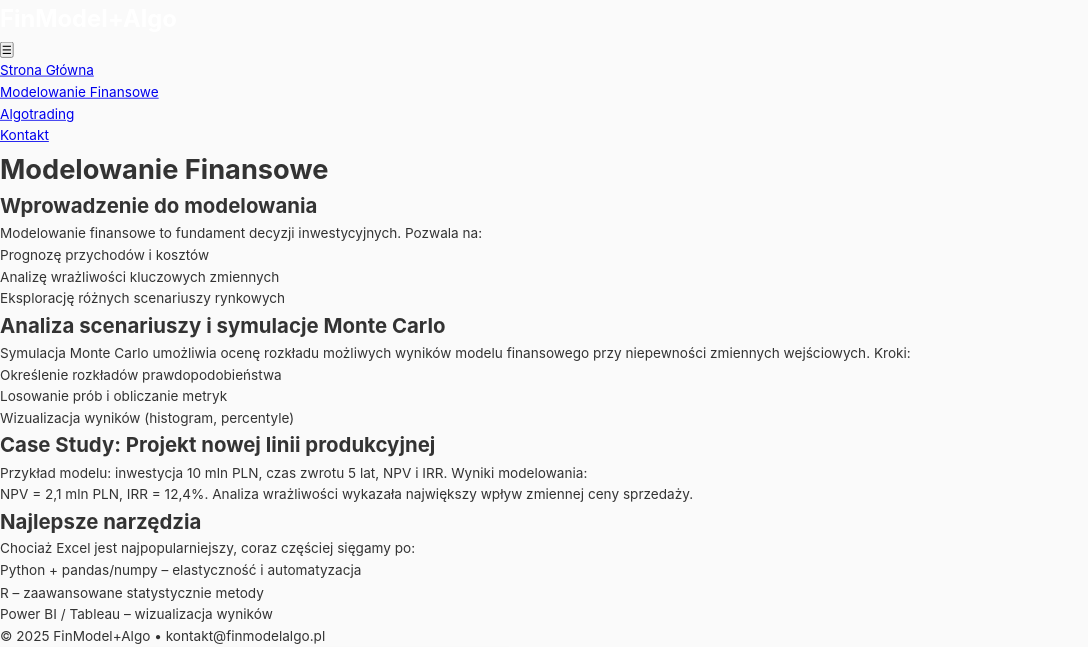
Repository: rafal-bedkowski/WebPageOptimization
Page: modelowanie.html
The author's editor kept a copy of each file at every save. The page is drawn from the files as they stood at one save, then again after the next save.
The browser window is 1280 px wide. The pictures show the whole page, at 85% of full size.

Above is the page before, as saved 2025-04-26 15:17:10.
Not found: script.js

### modelowanie.html
<!DOCTYPE html>
<html lang="pl">
  <head>
    <meta charset="UTF-8" />
    <meta name="viewport" content="width=device-width, initial-scale=1" />
    <title>Modelowanie Finansowe – FinModel+Algo</title>
    <link rel="stylesheet" href="style.css" />
    <script src="script.js" defer></script>
  </head>
  <body>
    <header class="site-header">
      <div class="logo">FinModel+Algo</div>
      <button class="menu-toggle" aria-label="Toggle navigation">☰</button>
      <nav class="site-nav">
        <ul>
          <li><a href="index.html">Strona Główna</a></li>
          <li>
            <a href="modelowanie.html" class="active">Modelowanie Finansowe</a>
          </li>
          <li><a href="algotrading.html">Algotrading</a></li>
          <li><a href="kontakt.html">Kontakt</a></li>
        </ul>
      </nav>
    </header>

    <main id="modelowanie">
      <h1>Modelowanie Finansowe</h1>

      <article>
        <h2>Wprowadzenie do modelowania</h2>
        <p>
          Modelowanie finansowe to fundament decyzji inwestycyjnych. Pozwala na:
        </p>
        <ul>
          <li>Prognozę przychodów i kosztów</li>
          <li>Analizę wrażliwości kluczowych zmiennych</li>
          <li>Eksplorację różnych scenariuszy rynkowych</li>
        </ul>
      </article>

      <article>
        <h2>Analiza scenariuszy i symulacje Monte Carlo</h2>
        <p>
          Symulacja Monte Carlo umożliwia ocenę rozkładu możliwych wyników
          modelu finansowego przy niepewności zmiennych wejściowych. Kroki:
        </p>
        <ol>
          <li>Określenie rozkładów prawdopodobieństwa</li>
          <li>Losowanie prób i obliczanie metryk</li>
          <li>Wizualizacja wyników (histogram, percentyle)</li>
        </ol>
      </article>

      <article>
        <h2>Case Study: Projekt nowej linii produkcyjnej</h2>
        <p>
          Przykład modelu: inwestycja 10 mln PLN, czas zwrotu 5 lat, NPV i IRR.
          Wyniki modelowania:
        </p>
        <p>
          NPV = 2,1 mln PLN, IRR = 12,4%. Analiza wrażliwości wykazała
          największy wpływ zmiennej ceny sprzedaży.
        </p>
      </article>

      <article>
        <h2>Najlepsze narzędzia</h2>
        <p>Chociaż Excel jest najpopularniejszy, coraz częściej sięgamy po:</p>
        <ul>
          <li>Python + pandas/numpy – elastyczność i automatyzacja</li>
          <li>R – zaawansowane statystycznie metody</li>
          <li>Power BI / Tableau – wizualizacja wyników</li>
        </ul>
      </article>
    </main>

    <footer>
      <p>© 2025 FinModel+Algo • kontakt@finmodelalgo.pl</p>
    </footer>
  </body>
</html>

### style.css
:root {
  --clr-primary: #0a2540;
  --clr-accent: #1e90ff;
  --clr-bg: #fafafa;
  --clr-text: #333;
  --transition: 0.3s ease;
}
[data-theme='dark'] {
  --clr-bg: #121212;
  --clr-text: #e1e1e1;
  --clr-primary: #1e1e2a;
  --clr-accent: #4da6ff;
}

* {
  margin: 0;
  padding: 0;
  box-sizing: border-box;
}
body {
  font-family: 'Inter', sans-serif;
  background: var(--clr-bg);
  color: var(--clr-text);
  line-height: 1.6;
}

.container {
  width: 90%;
  max-width: 1200px;
  margin: 0 auto;
}

/* HEADER */
.header {
  background: var(--clr-primary);
  padding: 1rem 0;
}
.header__inner {
  display: flex;
  align-items: center;
  justify-content: space-between;
}
.logo {
  font-size: 1.75rem;
  font-weight: 700;
  color: #fff;
  text-decoration: none;
}
.nav__link {
  margin-left: 2rem;
  color: #cce6ff;
  text-decoration: none;
  font-weight: 500;
  transition: color var(--transition);
}
.nav__link:hover {
  color: #fff;
}

/* DARK MODE TOGGLE */
.mode-toggle {
  background: none;
  border: none;
  font-size: 1.25rem;
  cursor: pointer;
  color: #fff;
}

/* HERO */
.hero {
  padding: 6rem 0;
  background: linear-gradient(135deg, var(--clr-primary), var(--clr-accent));
  color: #fff;
  text-align: center;
}
.hero__title {
  font-size: 2.75rem;
  margin-bottom: 1rem;
}
.hero__subtitle {
  font-size: 1.125rem;
  margin-bottom: 2rem;
}
.btn {
  display: inline-block;
  padding: 0.75rem 1.75rem;
  border-radius: 4px;
  font-weight: 600;
  text-decoration: none;
  transition: background var(--transition), color var(--transition);
}
.btn--primary {
  background: #fff;
  color: var(--clr-primary);
}
.btn--primary:hover {
  background: var(--clr-accent);
  color: #fff;
}
.btn--outline {
  border: 2px solid var(--clr-accent);
  color: var(--clr-accent);
}
.btn--outline:hover {
  background: var(--clr-accent);
  color: #fff;
}

/* SERVICES */
.services {
  display: grid;
  gap: 2rem;
  grid-template-columns: repeat(auto-fit, minmax(280px, 1fr));
  margin: 4rem 0;
}
.card {
  background: #fff;
  padding: 2rem;
  border-radius: 8px;
  box-shadow: 0 4px 12px rgba(0, 0, 0, 0.05);
  transition: transform var(--transition), box-shadow var(--transition);
}
.card:hover {
  transform: translateY(-5px);
  box-shadow: 0 8px 24px rgba(0, 0, 0, 0.1);
}
.card__title {
  font-size: 1.5rem;
  margin-bottom: 0.75rem;
}
.card__text {
  margin-bottom: 1.25rem;
}

/* FOOTER */
.footer {
  background: var(--clr-primary);
  color: #cce6ff;
  padding: 2rem 0;
}
.footer__inner {
  display: flex;
  align-items: center;
  justify-content: space-between;
  flex-wrap: wrap;
}
.social__link {
  margin-left: 1rem;
  color: #cce6ff;
  text-decoration: none;
  transition: color var(--transition);
}
.social__link:hover {
  color: #fff;
}

/* Responsywność */
@media (max-width: 768px) {
  .header__inner {
    flex-direction: column;
  }
  .nav {
    margin-top: 0.75rem;
  }
  .nav__link {
    margin-left: 1rem;
  }
  .footer__inner {
    flex-direction: column;
    text-align: center;
  }
  .social {
    margin-top: 1rem;
  }
}

After the next save:
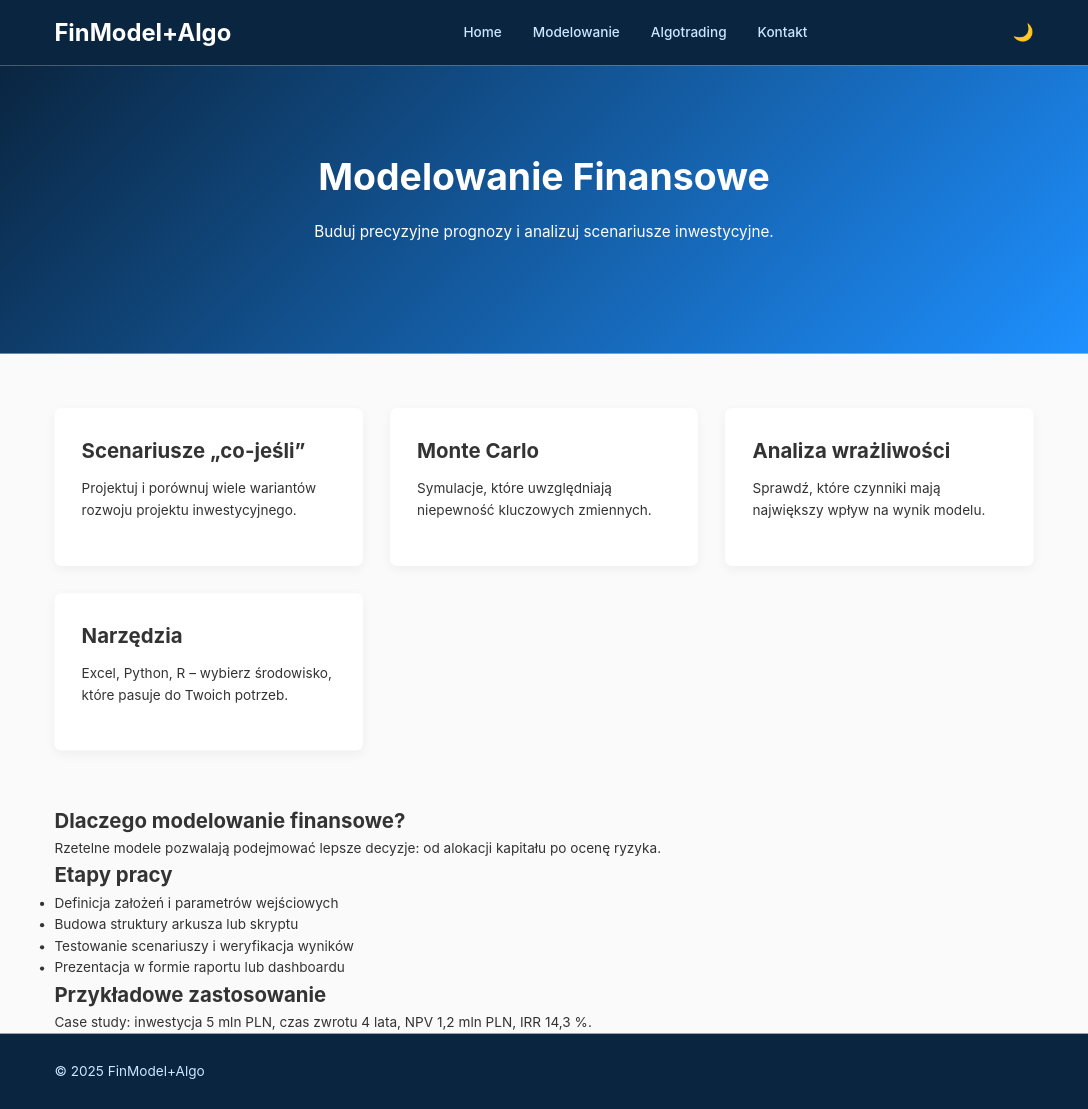
Saved 2 min 9 s later.
--- a/modelowanie.html
+++ b/modelowanie.html
@@ -1,3 +1,4 @@
+<!-- modelowanie.html -->
 <!DOCTYPE html>
 <html lang="pl">
   <head>
@@ -5,77 +6,92 @@
     <meta name="viewport" content="width=device-width, initial-scale=1" />
     <title>Modelowanie Finansowe – FinModel+Algo</title>
     <link rel="stylesheet" href="style.css" />
-    <script src="script.js" defer></script>
   </head>
   <body>
-    <header class="site-header">
-      <div class="logo">FinModel+Algo</div>
-      <button class="menu-toggle" aria-label="Toggle navigation">☰</button>
-      <nav class="site-nav">
-        <ul>
-          <li><a href="index.html">Strona Główna</a></li>
-          <li>
-            <a href="modelowanie.html" class="active">Modelowanie Finansowe</a>
-          </li>
-          <li><a href="algotrading.html">Algotrading</a></li>
-          <li><a href="kontakt.html">Kontakt</a></li>
-        </ul>
-      </nav>
+    <header class="header">
+      <div class="container header__inner">
+        <a href="index.html" class="logo">FinModel+Algo</a>
+        <nav class="nav">
+          <a href="index.html" class="nav__link">Home</a>
+          <a href="modelowanie.html" class="nav__link">Modelowanie</a>
+          <a href="algotrading.html" class="nav__link">Algotrading</a>
+          <a href="kontakt.html" class="nav__link">Kontakt</a>
+        </nav>
+        <button class="mode-toggle" aria-label="Toggle dark mode">🌙</button>
+      </div>
     </header>
 
-    <main id="modelowanie">
-      <h1>Modelowanie Finansowe</h1>
+    <section class="hero">
+      <div class="container hero__inner">
+        <h1 class="hero__title">Modelowanie Finansowe</h1>
+        <p class="hero__subtitle">
+          Buduj precyzyjne prognozy i analizuj scenariusze inwestycyjne.
+        </p>
+      </div>
+    </section>
 
-      <article>
-        <h2>Wprowadzenie do modelowania</h2>
-        <p>
-          Modelowanie finansowe to fundament decyzji inwestycyjnych. Pozwala na:
-        </p>
-        <ul>
-          <li>Prognozę przychodów i kosztów</li>
-          <li>Analizę wrażliwości kluczowych zmiennych</li>
-          <li>Eksplorację różnych scenariuszy rynkowych</li>
-        </ul>
-      </article>
+    <main class="container">
+      <section class="services">
+        <article class="card">
+          <h2 class="card__title">Scenariusze „co-jeśli”</h2>
+          <p class="card__text">
+            Projektuj i porównuj wiele wariantów rozwoju projektu
+            inwestycyjnego.
+          </p>
+        </article>
+        <article class="card">
+          <h2 class="card__title">Monte Carlo</h2>
+          <p class="card__text">
+            Symulacje, które uwzględniają niepewność kluczowych zmiennych.
+          </p>
+        </article>
+        <article class="card">
+          <h2 class="card__title">Analiza wrażliwości</h2>
+          <p class="card__text">
+            Sprawdź, które czynniki mają największy wpływ na wynik modelu.
+          </p>
+        </article>
+        <article class="card">
+          <h2 class="card__title">Narzędzia</h2>
+          <p class="card__text">
+            Excel, Python, R – wybierz środowisko, które pasuje do Twoich
+            potrzeb.
+          </p>
+        </article>
+      </section>
 
-      <article>
-        <h2>Analiza scenariuszy i symulacje Monte Carlo</h2>
-        <p>
-          Symulacja Monte Carlo umożliwia ocenę rozkładu możliwych wyników
-          modelu finansowego przy niepewności zmiennych wejściowych. Kroki:
-        </p>
-        <ol>
-          <li>Określenie rozkładów prawdopodobieństwa</li>
-          <li>Losowanie prób i obliczanie metryk</li>
-          <li>Wizualizacja wyników (histogram, percentyle)</li>
-        </ol>
-      </article>
-
-      <article>
-        <h2>Case Study: Projekt nowej linii produkcyjnej</h2>
-        <p>
-          Przykład modelu: inwestycja 10 mln PLN, czas zwrotu 5 lat, NPV i IRR.
-          Wyniki modelowania:
-        </p>
-        <p>
-          NPV = 2,1 mln PLN, IRR = 12,4%. Analiza wrażliwości wykazała
-          największy wpływ zmiennej ceny sprzedaży.
-        </p>
-      </article>
-
-      <article>
-        <h2>Najlepsze narzędzia</h2>
-        <p>Chociaż Excel jest najpopularniejszy, coraz częściej sięgamy po:</p>
-        <ul>
-          <li>Python + pandas/numpy – elastyczność i automatyzacja</li>
-          <li>R – zaawansowane statystycznie metody</li>
-          <li>Power BI / Tableau – wizualizacja wyników</li>
-        </ul>
-      </article>
+      <section class="content">
+        <article>
+          <h2>Dlaczego modelowanie finansowe?</h2>
+          <p>
+            Rzetelne modele pozwalają podejmować lepsze decyzje: od alokacji
+            kapitału po ocenę ryzyka.
+          </p>
+        </article>
+        <article>
+          <h2>Etapy pracy</h2>
+          <ul>
+            <li>Definicja założeń i parametrów wejściowych</li>
+            <li>Budowa struktury arkusza lub skryptu</li>
+            <li>Testowanie scenariuszy i weryfikacja wyników</li>
+            <li>Prezentacja w formie raportu lub dashboardu</li>
+          </ul>
+        </article>
+        <article>
+          <h2>Przykładowe zastosowanie</h2>
+          <p>
+            Case study: inwestycja 5 mln PLN, czas zwrotu 4 lata, NPV 1,2 mln
+            PLN, IRR 14,3 %.
+          </p>
+        </article>
+      </section>
     </main>
 
-    <footer>
-      <p>© 2025 FinModel+Algo • kontakt@finmodelalgo.pl</p>
+    <footer class="footer">
+      <div class="container footer__inner">
+        <p>© 2025 FinModel+Algo</p>
+      </div>
     </footer>
+    <script src="script.js"></script>
   </body>
 </html>
